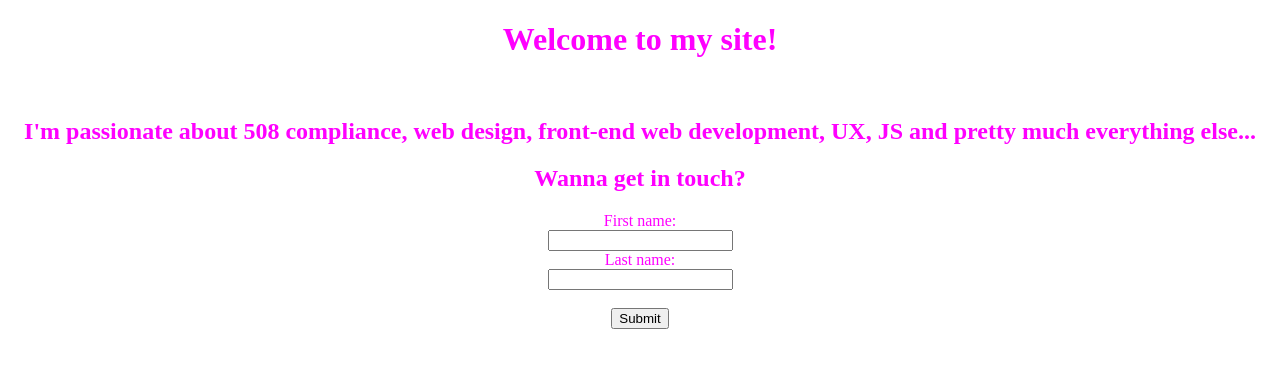
Repository: jasvr/jasvr.io
Page: index.html
These files come from the project's save history. The page is drawn as it stood at one moment and after the next save; the edit follows.
The browser window is 1280 px wide. The pictures show the whole page.

Above is the page before, as saved 2020-01-09 19:39:13.

After the next save:
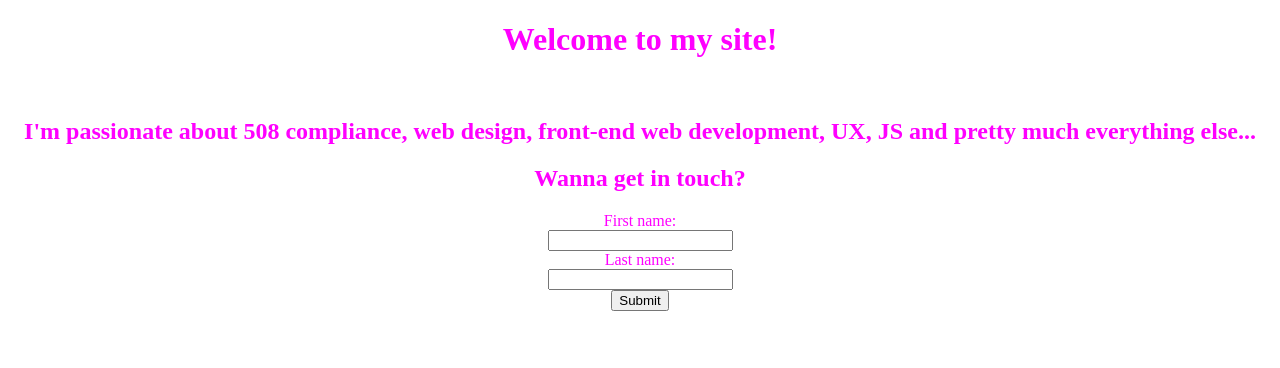
Saved 37 s later.
--- a/index.html
+++ b/index.html
@@ -17,7 +17,7 @@
         First name:<br>
         <input type="text" name="firstname"><br>
         Last name:<br>
-        <input type="text" name="lastname"><br><br>
+        <input type="text" name="lastname"><br>
         <input type="submit" value="Submit">
     </form>
 </body>

After the save that followed:
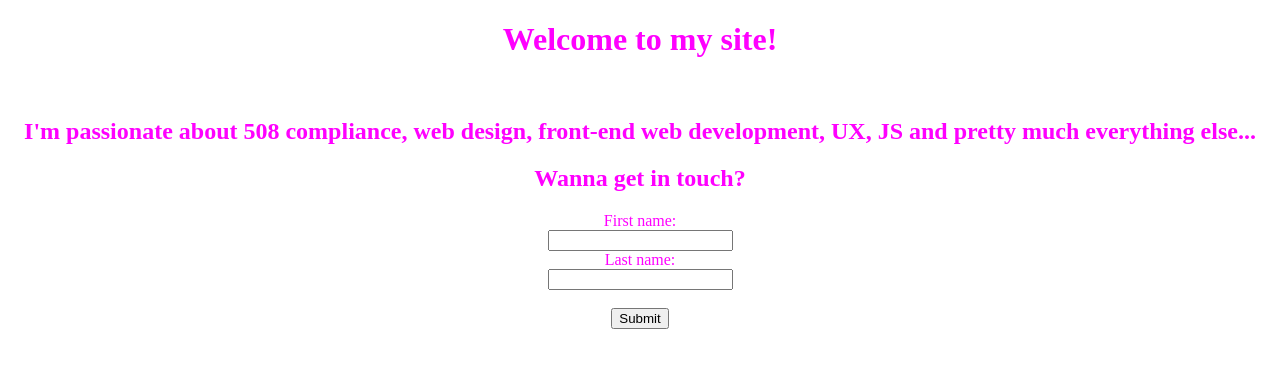
Saved 5 s later.
--- a/index.html
+++ b/index.html
@@ -17,7 +17,7 @@
         First name:<br>
         <input type="text" name="firstname"><br>
         Last name:<br>
-        <input type="text" name="lastname"><br>
+        <input type="text" name="lastname"><br><br>
         <input type="submit" value="Submit">
     </form>
 </body>
